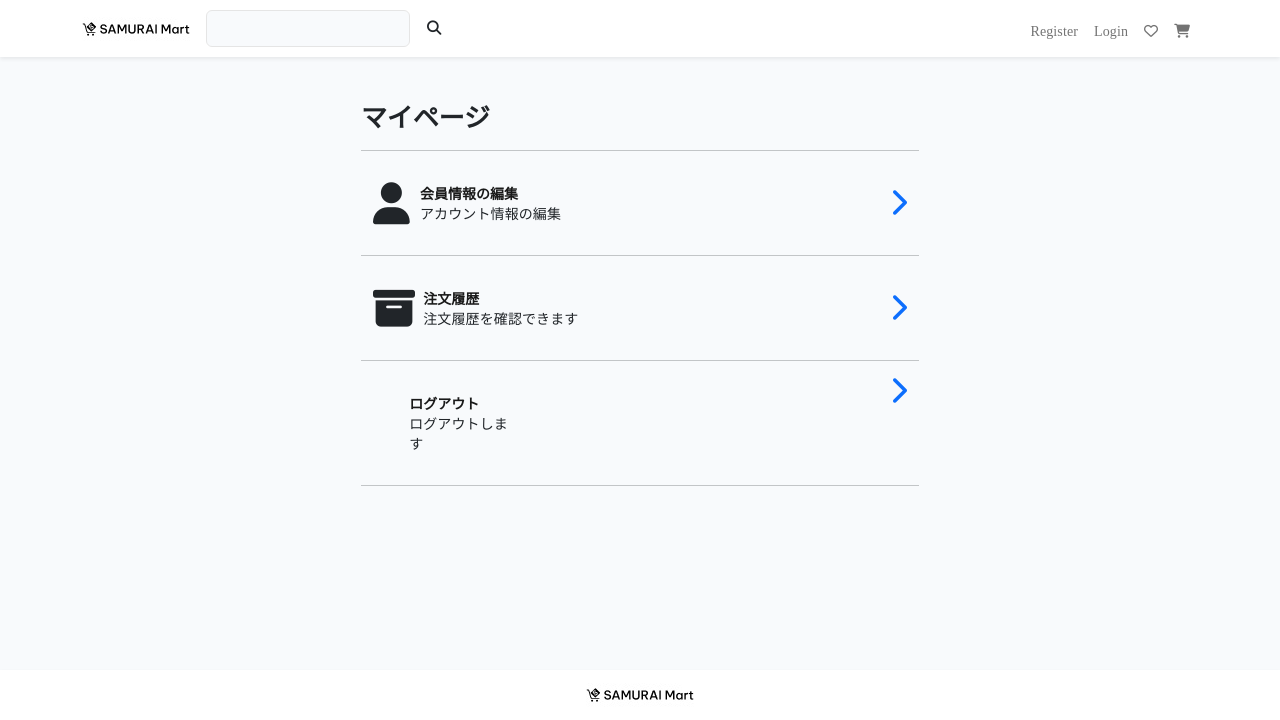
Repository: Satoshi514/laravel_samuraimart
Page: http://localhost/users/mypage
An editor plug-in stored every save of this project. The page is shown before and after the next save, followed by the edit.
The browser window is 1280 px wide. The pictures show the whole page.
Some icons come from a web library that is not loaded, so they are not drawn. Some web libraries are served in a nearby version. The page is served by the project's Laravel application, run on PHP 8.4 with Laravel 9. Style sheets and scripts are compiled from the project's sources, by tool versions that may differ from the author's.

Above is the page before, as saved 2023-06-01 21:54:03.

After the next save:
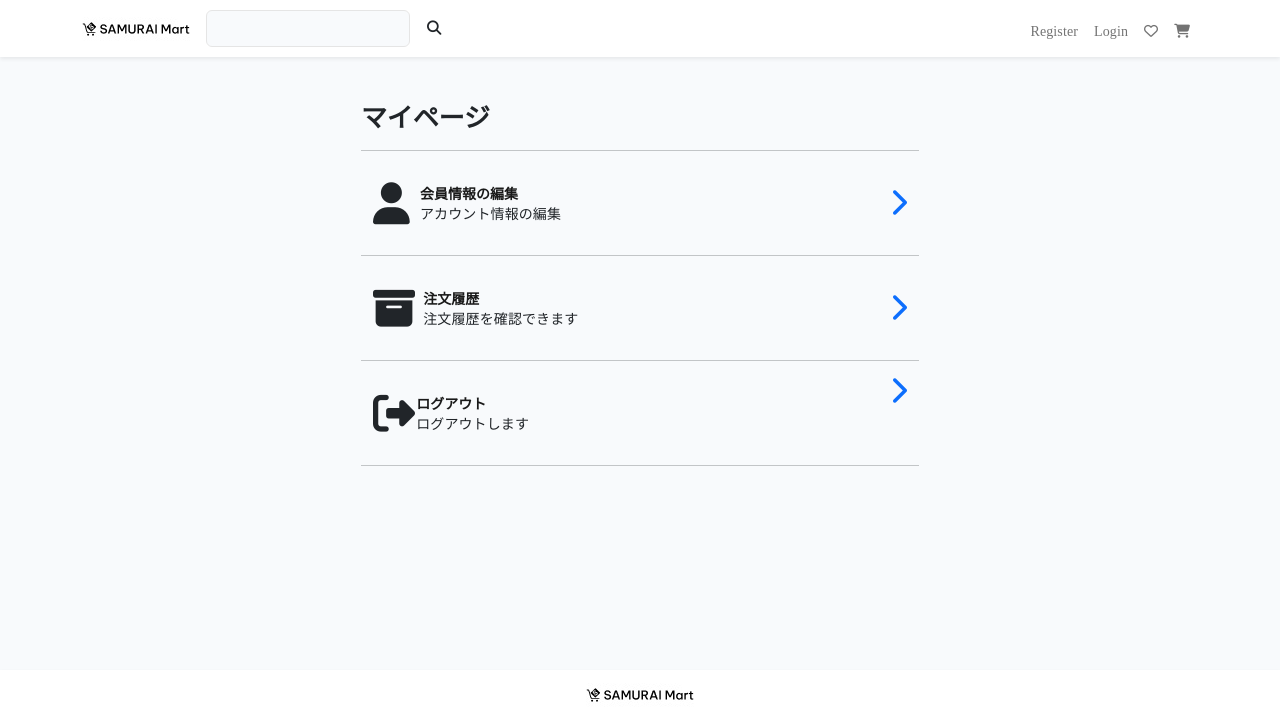
Saved 2 min 45 s later.
--- a/resources/views/users/mypage.blade.php
+++ b/resources/views/users/mypage.blade.php
@@ -57,7 +57,7 @@
       <div class="d-flex justify-content-between">
         <div class="row">
           <div class="col-2 d-flex align-items-center">
-            <i class="fas fa--sign-out-alt fa-3x"></i>
+            <i class="fas fa-sign-out-alt fa-3x"></i>
           </div>
           <div class="col-9 d-flex align-items-center ms-2 mt-3">
             <div class="d-flex flex-column">
